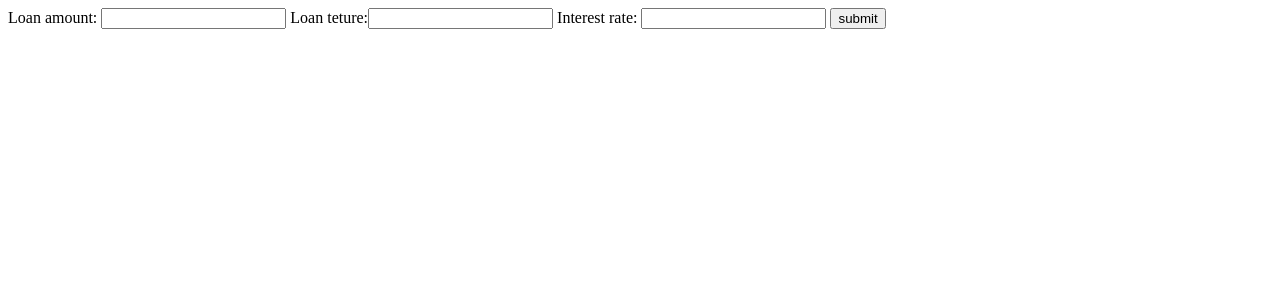
Repository: mohitpatil003/MohitPatil-20136567
Page: Question3/src/main/webapp/Main.html
These files come from the project's save history. The page is drawn as it stood at one moment and after the next save; the edit follows.
The browser window is 1280 px wide. The pictures show the whole page.

Above is the page before, as saved 2023-07-11 06:03:34.

### Question3/src/main/webapp/Main.html
<!DOCTYPE html>
<html>

<head>
	<meta charset="ISO-8859-1">
	<title>Insert title here</title>
</head>

<body>
	<form action="Main.jsp">
		Loan amount: <input type="text" name="amount">
		Loan teture:<input type="text" name="time">
		Interest rate: <input type="text" name="rate">
		<input type="submit" value="submit">
	</form>
</body>

</html>

After the next save:
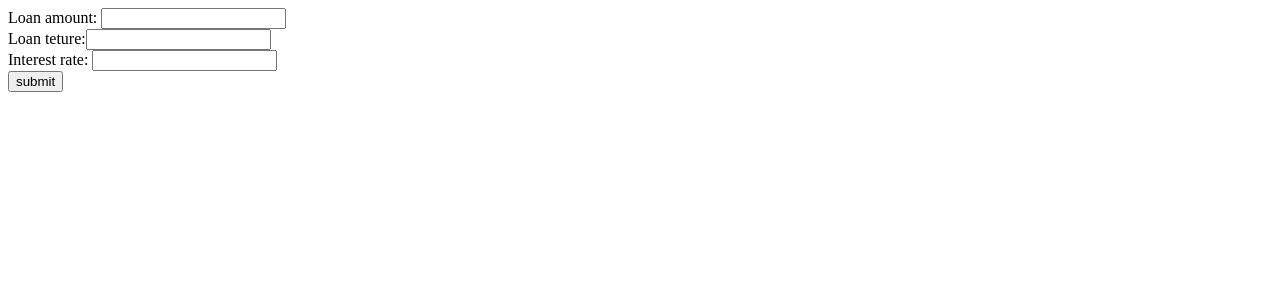
Saved 97 s later.
--- a/Question3/src/main/webapp/Main.html
+++ b/Question3/src/main/webapp/Main.html
@@ -8,9 +8,9 @@
 
 <body>
 	<form action="Main.jsp">
-		Loan amount: <input type="text" name="amount">
-		Loan teture:<input type="text" name="time">
-		Interest rate: <input type="text" name="rate">
+		Loan amount: <input type="text" name="amount"><br>
+		Loan teture:<input type="text" name="time"><br>
+		Interest rate: <input type="text" name="rate"><br>
 		<input type="submit" value="submit">
 	</form>
 </body>
